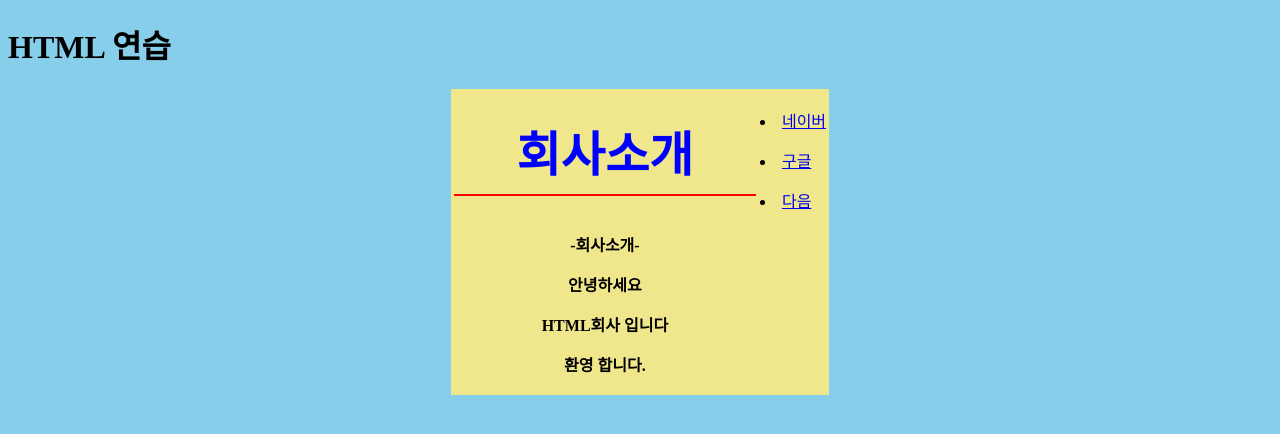
Repository: basstpgns/20201029html
Page: jsp/html/quiz02.html
These files come from the project's save history. The page is drawn as it stood at one moment and after a run of saves; the edit follows.
The browser window is 1280 px wide. The pictures show the whole page.

Above is the page before, as saved 2020-10-29 08:46:30.

### jsp/html/quiz02.html
<!DOCTYPE html>
<html>
<head>
<meta charset="EUC-KR">
<title>Insert title here</title>
</head>
<body bgcolor="skyblue">
	<h1>HTML 연습</h1>
	<table align="center" bgcolor="khaki">
		<tbody>
			<tr>
				<th colspan="3"><font size="7" face="궁서체" style="color: blue">회사소개</font>
					<hr width="300px" align="center" color="red"></th>

				<ul>
					<td>
						<p>
						<li><a href="https://www.naver.com/">네이버</a></li>
						</p>
						<p>
						<li><a href="https://www.google.com/">구글</a></li>
						</p>
						<p>
						<li><a href="https://www.daum.net/">다음</a></li>
						</p>
					</td>
				</ul>
			</tr>
			<tr>
				<th>-회사소개-
					<p>안녕하세요</p>
					<p>HTML회사 입니다</p>
					<p>환영 합니다.</p>
				</th>
			</tr>
		</tbody>
	</table>
</body>
</html>

After the next 4 saves:
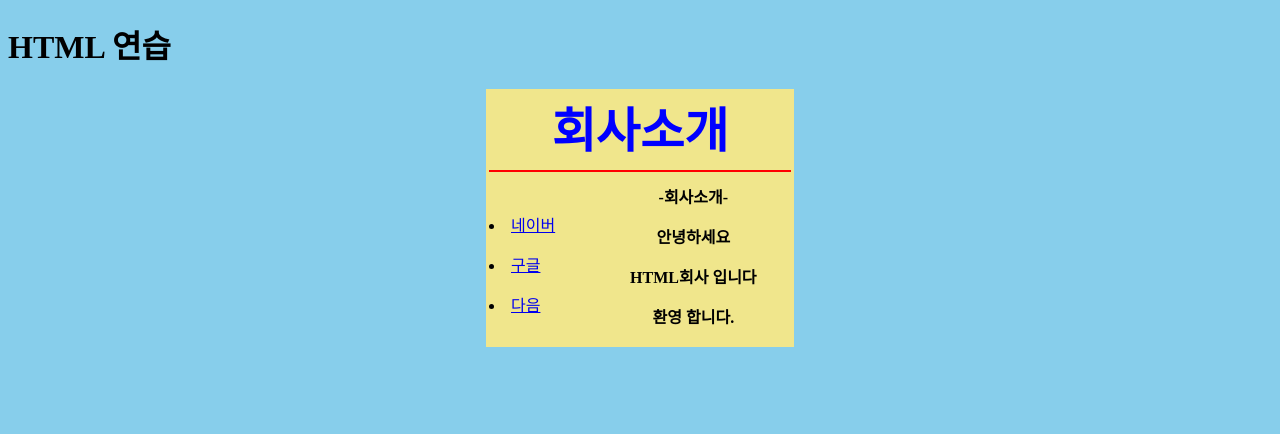
The 4 saves are shown as one change because they came seconds apart.
The last was saved 22 s later.
--- a/jsp/html/quiz02.html
+++ b/jsp/html/quiz02.html
@@ -11,7 +11,8 @@
 			<tr>
 				<th colspan="3"><font size="7" face="궁서체" style="color: blue">회사소개</font>
 					<hr width="300px" align="center" color="red"></th>
-
+			</tr>
+			<tr>
 				<ul>
 					<td>
 						<p>
@@ -25,9 +26,8 @@
 						</p>
 					</td>
 				</ul>
-			</tr>
-			<tr>
-				<th>-회사소개-
+				<th>
+					-회사소개-
 					<p>안녕하세요</p>
 					<p>HTML회사 입니다</p>
 					<p>환영 합니다.</p>
